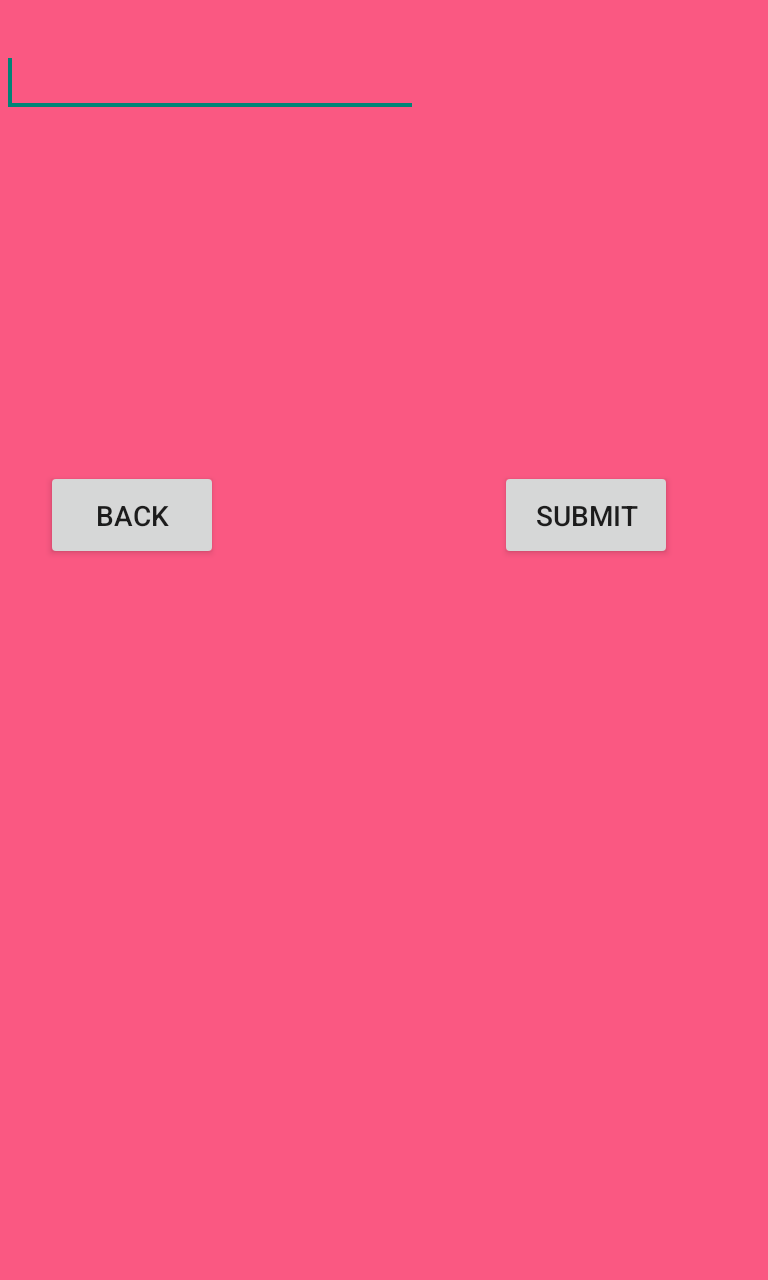
Repository: Clarenaliaka/code-challenge
Layout: ModernMum/res/layout/contacts.xml
The author's editor kept a copy of each file at every save. The layout is drawn from the files as they stood at one save, then again after the next save.
It is drawn on a 768 x 1280 px phone screen (xhdpi) without system bars, with theme AppTheme; the app's code is not run.

Above is the layout before, as saved 2014-08-03 09:46:55.

After the next save:
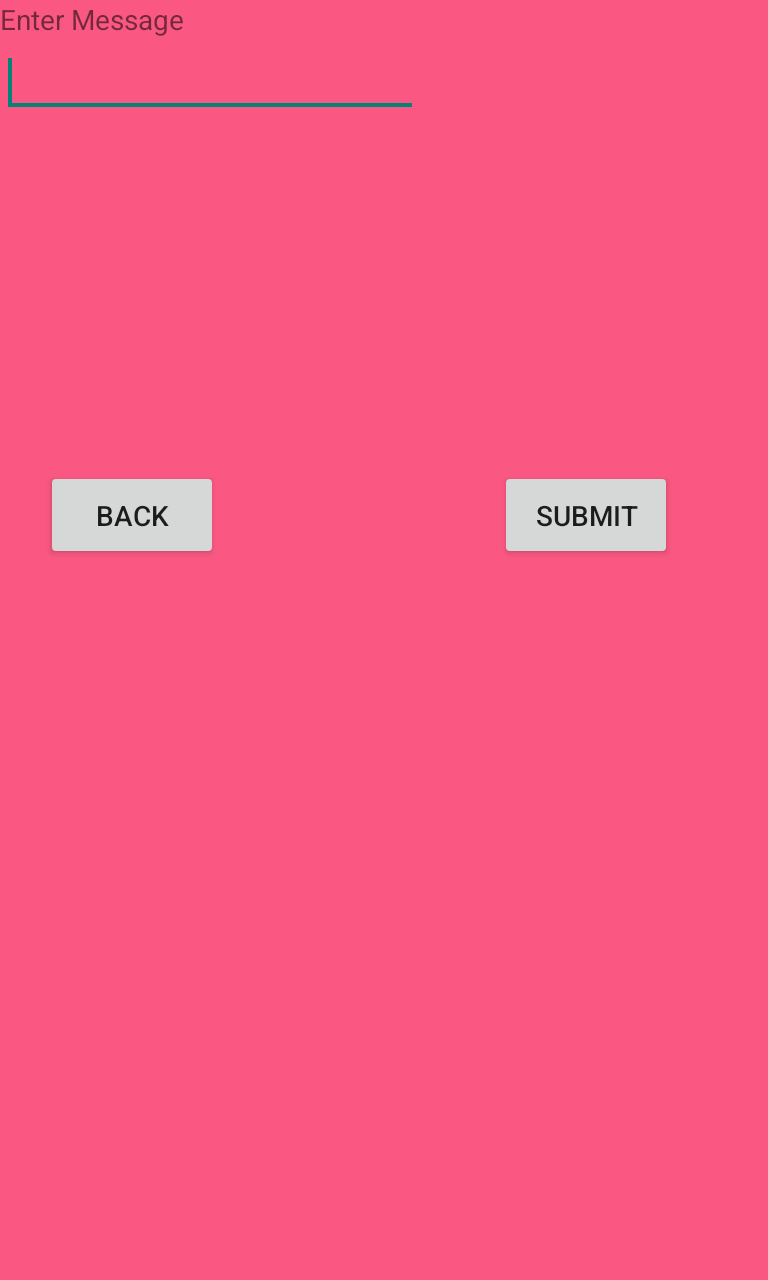
Saved 45 s later.
--- a/ModernMum/res/layout/contacts.xml
+++ b/ModernMum/res/layout/contacts.xml
@@ -13,7 +13,7 @@
         android:layout_height="wrap_content"
         android:layout_alignParentLeft="true"
         android:layout_alignParentTop="true"
-        android:input="@string/des" />
+        android:text="@string/des" />
 
     <EditText
         android:id="@+id/etmult"
